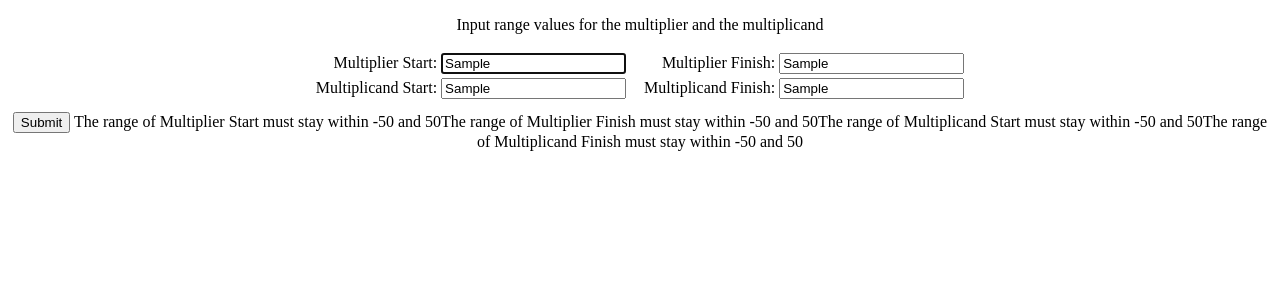
Repository: khrasna/HW4Part2
Page: index.html
The author's editor kept a copy of each file at every save. The page is drawn from the files as they stood at one save, then again after the next save.
The browser window is 1280 px wide. The pictures show the whole page.
Empty fields were first filled with sample values (such as "Sample", 5 or name@example.com).
After loading, the first visible `#FormInput > input` was clicked once.

Above is the page before, as saved 2021-11-12 16:32:43.

After the next save:
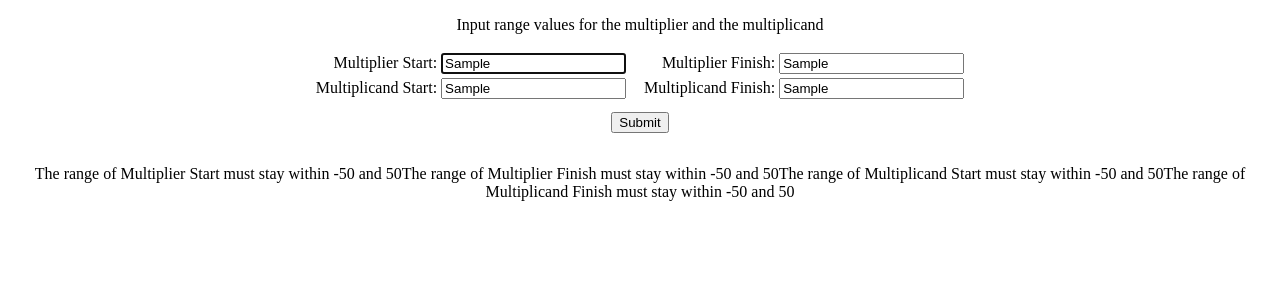
Saved 8 s later.
--- a/formvalidate.js
+++ b/formvalidate.js
@@ -49,7 +49,7 @@ $(function (){
             },
 
             errorPlacement: function (error, element) {
-                $(error).appendTo($(('#FormInput')));
+                $(error).appendTo($(('#inputError')));
             }
         });
     });
